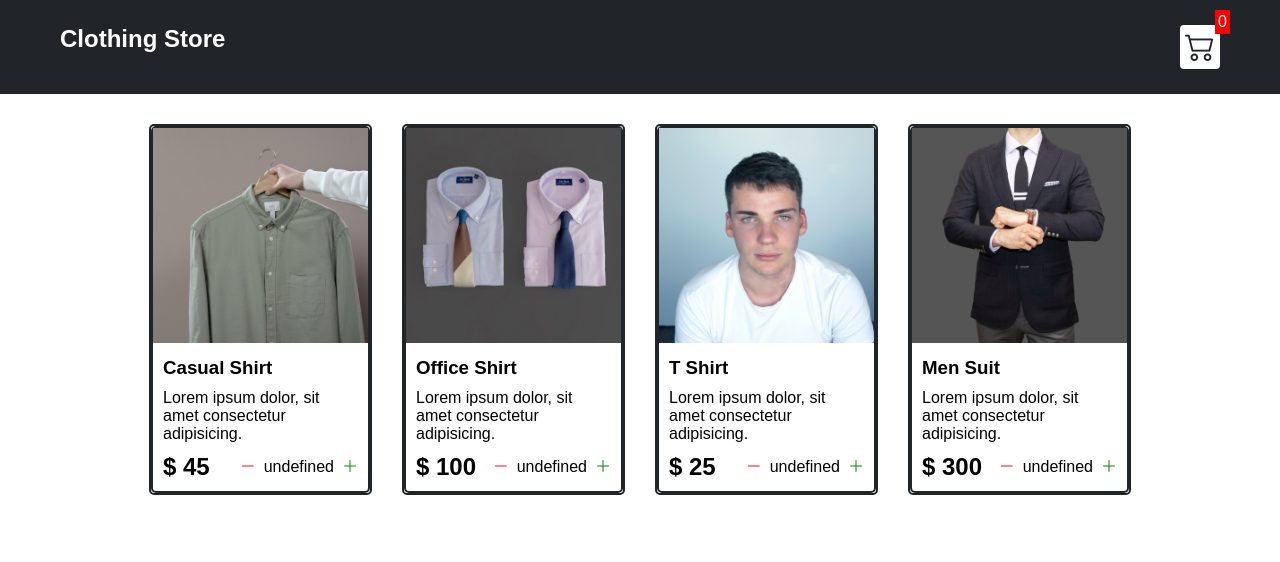
Repository: henryv2003/Shopping-card
Page: index.html
The author's editor kept a copy of each file at every save. The page is drawn from the files as they stood at one save, then again after the next save.
The browser window is 1280 px wide. The pictures show the whole page.
Some web libraries are served in a nearby version.

Above is the page before, as saved 2022-11-12 18:37:26.

After the next save:
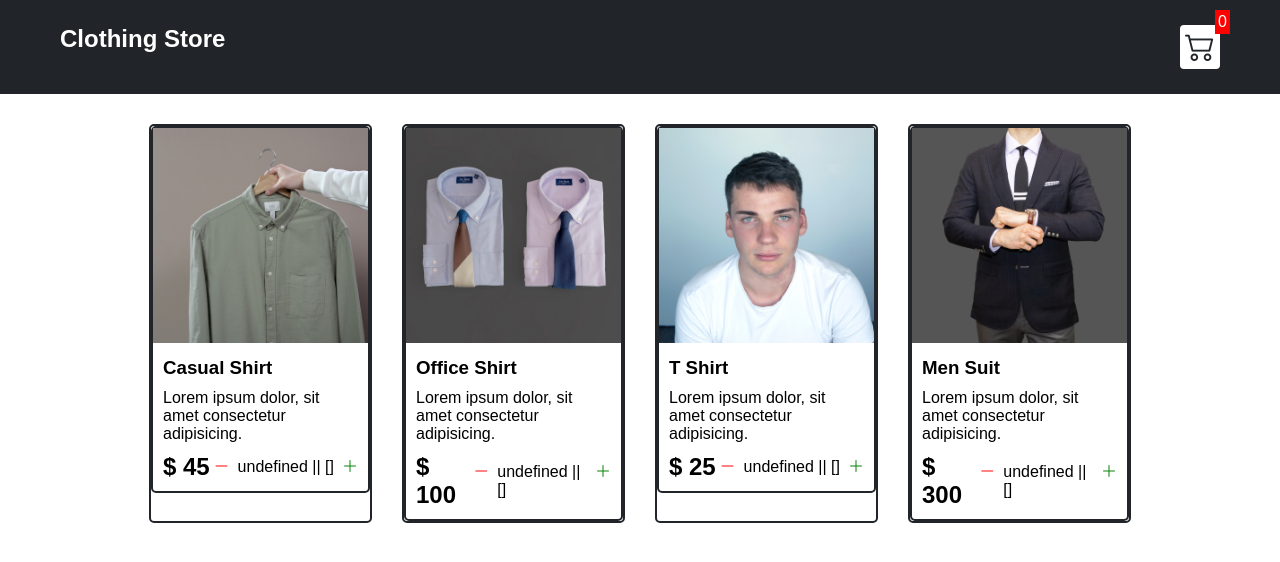
Saved 56 s later.
--- a/main.js
+++ b/main.js
@@ -47,7 +47,7 @@ let generateShop = () => {
               <h2>$ ${price}</h2>
               <div class="buttons">
                 <i onclick="decrement(${id})" class="bi bi-dash-lg"></i>
-                <div id= ${id} class="quantity">${search}</div>
+                <div id= ${id} class="quantity">${search} || []</div>
                 <i onclick="increment(${id})" class="bi bi-plus-lg"></i>
               </div>
             </div>
